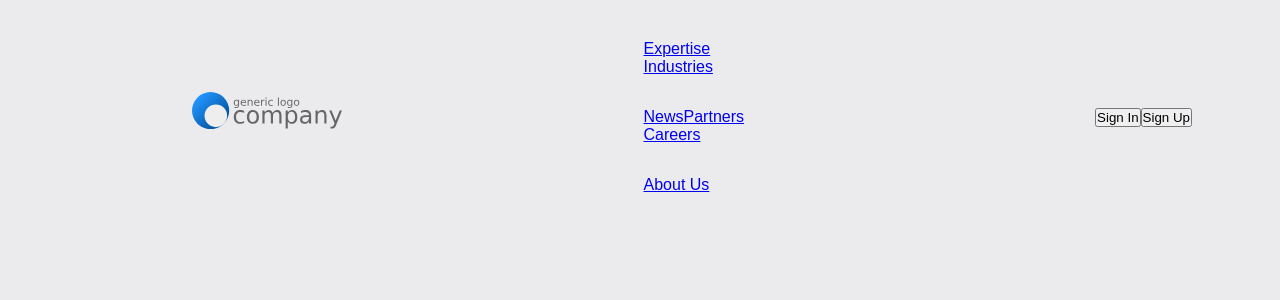
Repository: Andriy-Ma/widgetTask
Page: /
An editor plug-in stored every save of this project. The page is shown before and after the next save, followed by the edit.
The browser window is 1280 px wide. The pictures show the whole page.
The project was rebuilt for these pictures with package versions that can differ from the ones it lists, and the page was loaded fresh each time.

Above is the page before, as saved 2022-08-29 16:36:50.

After the next save:
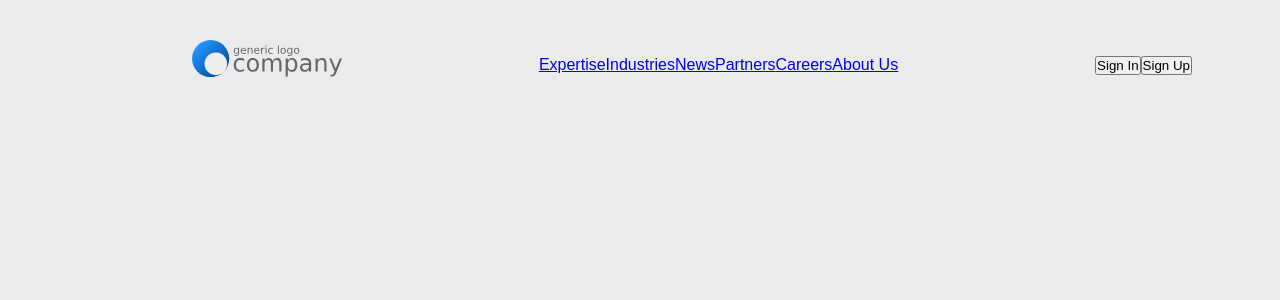
Saved 40 s later.
--- a/src/components/Header/header.jsx
+++ b/src/components/Header/header.jsx
@@ -10,12 +10,12 @@ function Header() {
             <Icon/>
           </a>
         </div>
-        <div>
+        <div >
           <a href="#news">Expertise</a>
-          <a href="#contact" className={styles.logo}>Industries</a>
+          <a href="#contact">Industries</a>
           <a href="#about">News</a>
           <a href="#news">Partners</a>
-          <a href="#contact" className={styles.logo}>Careers</a>
+          <a href="#contact">Careers</a>
           <a href="#about">About Us</a>
         </div>
         <div>
